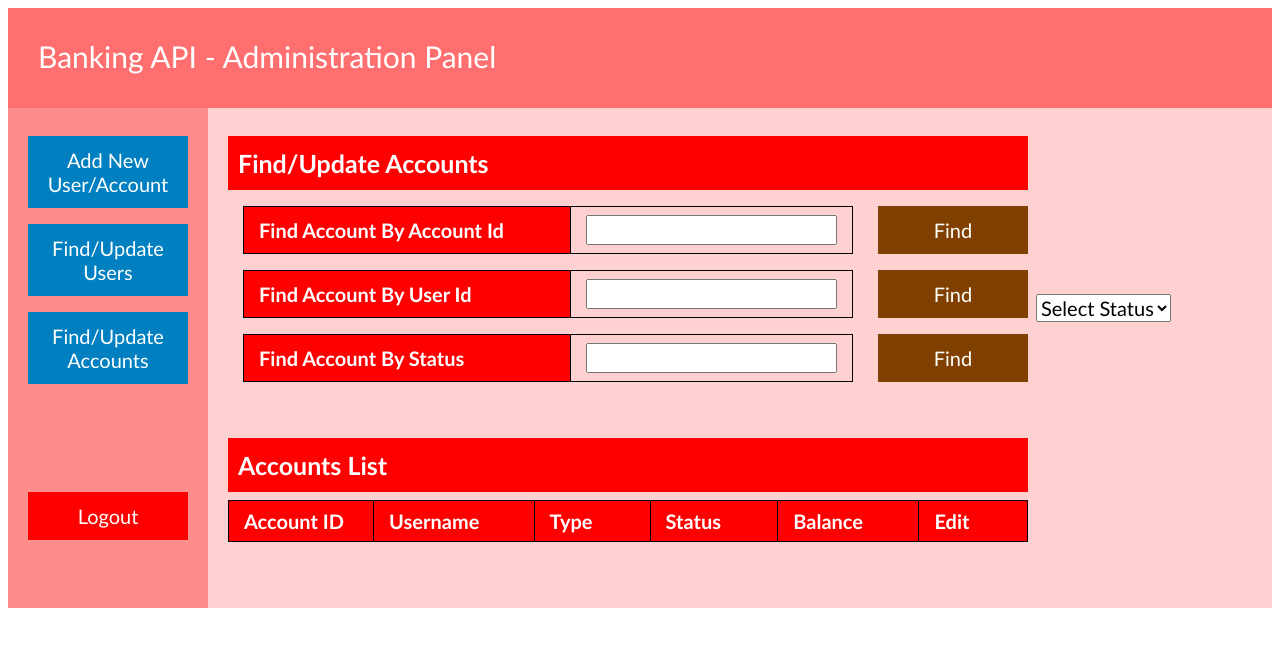
Repository: kennyufish/Revature_ROCP1_Project_Banking_API
Page: http://localhost/banking_api/findUpdateAccounts
These files come from the project's save history. The page is drawn as it stood at one moment and after the next save; the edit follows.
The browser window is 1280 px wide. The pictures show the whole page.
The page is served by Tomcat 9. Other server files are loaded and not shown. Queries for data that is not in the repository find no rows.

Above is the page before, as saved 2020-10-14 16:12:29.

### banking_api/src/main/webapp/adminInfo.html
<!DOCTYPE html>
<html>
<head>
<meta charset="ISO-8859-1">
<meta name="viewport" content="width=device-wirdth, initial-scale=1">
<link rel="stylesheet" type="text/css" href="bankapi.css"/>
<style>
* {
	font-size: 20px;
}
header{
	background-color: #ff3333;
}
.subHeading1, th {
	background-color: #ff0000;
}
nav{
	background-color: #ff8c8c;
}
article{
	background-color: #ffd0d0;
}
button {
	background-color: #0080c0;
}
</style>
<title>Admin/Employee Panel</title>
</head>
<body>
	<header>Banking API - Administration Panel</header>
	<section>
		<nav >
			<form action="addUserAccount" method="post">
				<button type="submit">Add New User/Account</button>
			</form>
			<form action="findUpdateUsers" method="get">
				<button type="submit">Find/Update Users</button>
			</form>
			<form action="findUpdateAccounts" method="get">
				<button type="submit">Find/Update Accounts</button>
			</form>
			<form action="logout" method="post">
				<button class="logoutButton" style="margin-top:100px;" type="submit">Logout</button>
			</form>
		</nav>
	</section>

</body>
</html>

### banking_api/src/main/java/com/app/banking/controller/FindUpdateAccountsController.java
package com.app.banking.controller;

import java.io.IOException;
import java.io.PrintWriter;
import java.text.NumberFormat;
import java.util.List;
import java.util.Locale;

import javax.servlet.RequestDispatcher;
import javax.servlet.ServletException;
import javax.servlet.http.HttpServlet;
import javax.servlet.http.HttpServletRequest;
import javax.servlet.http.HttpServletResponse;

import com.app.banking.exception.BusinessException;
import com.app.banking.model.Account;
import com.app.banking.service.AccountInforService;
import com.app.banking.service.AccountInforServiceImpl;

/**
 * Servlet implementation class FindUpdateAccountsController
 */
public class FindUpdateAccountsController extends HttpServlet {
	private static final long serialVersionUID = 1L;

    /**
     * @see HttpServlet#HttpServlet()
     */
    public FindUpdateAccountsController() {
        super();
        // TODO Auto-generated constructor stub
    }

	/**
	 * @see HttpServlet#doGet(HttpServletRequest request, HttpServletResponse response)
	 */
	protected void doGet(HttpServletRequest request, HttpServletResponse response) throws ServletException, IOException {

		//need a session security, add once all functions are done session=null->no access
		response.setContentType("text/html");
		RequestDispatcher requestDispatcher = null;
		PrintWriter out = response.getWriter();

		requestDispatcher = request.getRequestDispatcher("adminInfo.html");
		requestDispatcher.include(request, response);

		try {
			AccountInforService accountService = new AccountInforServiceImpl();
			List<Account> accountList = accountService.getAllAccounts();

			out.print("<article>");

			//find account by id block
			out.print("<div><h1 class='subHeading1'>Find/Update Accounts</h1>");
			out.print("<form action='findAccountById' method='get'>");
			out.print("<table class='findBar'><tr><th>Find Account By Account Id</th>");
			out.print("<td><input style='width:100%' type='number' min='0' step='1' name='accountId' required /></td></tr></table>");
			out.print("<button class='smallButton findButton' type='submit' name='findAccountById'>Find</button></div>");
			out.print("</form>");
			out.print("<br><br>");
			//find account by id block
			out.print("<form action='findAccountByUserId' method='get'>");
			out.print("<table class='findBar'><tr><th>Find Account By User Id</th>");
			out.print("<td><input style='width:100%' type='number' min='0' step='1' name='accountId' required /></td></tr></table>");
			out.print("<button class='smallButton findButton' type='submit' name='findAccountByUserId'>Find</button></div>");
			out.print("</form>");
			out.print("<br><br>");
			//find account by Status block
			out.print("<form action='findAccountByStatus' method='get'>");
			out.print("<table class='findBar'><tr><th>Find Account By Status</th>");
			out.print("<td><input style='width:100%' type='number' min='0' step='1' name='accountId' required /></td></tr></table>");
			out.print("<button class='smallButton findButton' type='submit' name='findAccountByStatus'>Find</button></div>");
			out.print("<td><select name='statusId'>");
			out.print("<option value='' selected disabled hidden>Select Status</option> ");
			out.print("<option value='1'>Pending</option>");
			out.print("<option value='2'>Open</option>");
			out.print("<option value='3'>Closed</option>");
			out.print("<option value='4'>Denied</option>");
			out.print("</select></td></tr>");
			out.print("</form>");
			out.print("<br><br>");
			//
			out.print("<br><br>");
			//show all account list block
			out.print("<div><h1 class='subHeading1' style='margin-top:20px;'>Accounts List</h1></div>");
			out.print("<div class='smallFont'><table><tr><th>Account ID</th><th>Username</th><th>Type</th><th>Status</th><th>Balance</th>");

			//access controller implement later role == admin
			boolean access = true;
			if (access == true) {
				out.print("<th>Edit</th>");
			}
			out.print("</tr>");
			//list users;
			for(int i = 0; i < accountList.size();i++) {
				Account account = accountList.get(i);

				out.print("<tr>");
				out.print("<td>"+account.getAccountId()+"</td>");
				out.print("<td>"+account.getUsername()+"</td>");
				out.print("<td>"+account.getType().getType()+"</td>");
				out.print("<td>"+account.getStatus().getStatus()+"</td>");

				//CONVERT balance TO currency
				NumberFormat n = NumberFormat.getCurrencyInstance(Locale.US);
				String convertedBalance = n.format(account.getBalance());
				out.print("<td>" + convertedBalance + "</td></td>");

				//access controller implement later
				if (access == true) {
					out.print("<form action='viewAccontInfo' method='post'>");
					//pass in parameter
					out.print("<input type='hidden' name='accountId' value='"+account.getAccountId()+"'>");
					out.print("<td><button type='submit'>Edit</button></td></form>");
				}
				out.print("</tr>");

			}
			out.print("</table><div></article>");
		}catch (BusinessException e) {
			requestDispatcher = request.getRequestDispatcher("adminInfo.html");
			requestDispatcher.include(request, response);
			out.print("<center><span style='color:red;'>" + e.getMessage() + "</span></center>");
		}catch (NullPointerException e) {
			//requestDispatcher = request.getRequestDispatcher("adminInfo.html");
			response.setStatus(HttpServletResponse.SC_UNAUTHORIZED);
			out.print("<div><h1 class='topNoticeWarning'>*The requested action is not permitted*<h1></div>");
			//requestDispatcher.include(request, response);
		}
	}

	/**
	 * @see HttpServlet#doPost(HttpServletRequest request, HttpServletResponse response)
	 */
	protected void doPost(HttpServletRequest request, HttpServletResponse response) throws ServletException, IOException {
		// TODO Auto-generated method stub
		doGet(request, response);
	}

}

### banking_api/src/main/java/com/app/banking/service/AccountInforServiceImpl.java
package com.app.banking.service;

import java.util.ArrayList;
import java.util.List;

import com.app.banking.dao.AccountDAO;
import com.app.banking.dao.AccountDAOImpl;
import com.app.banking.exception.BusinessException;
import com.app.banking.model.Account;

public class AccountInforServiceImpl implements AccountInforService {

	private AccountDAO accountDao = new AccountDAOImpl();

	@Override
	public Account getAccountById(int accountId) throws BusinessException {
		Account account = new Account();
		account = (Account) accountDao.getAccountById(accountId);
		return account;
	}

	@Override
	public boolean validateAccountById(int accountId) throws BusinessException {
		return accountDao.validateAccountById(accountId);
	}

	@Override
	public List<Account> getAllAccounts() throws BusinessException {
		List<Account> accountList = new ArrayList<Account>();
		accountList = accountDao.getAllAccounts();
		return accountList;
	}

	@Override
	public List<Account> getAccountsByUserId(int userId) throws BusinessException {
		List<Account> accountList = new ArrayList<Account>();
		accountList = accountDao.getAccountByUserId(userId);
		return accountList;
	}

	@Override
	public List<Account> getAccountsByStatusId(int statusId) throws BusinessException {
		List<Account> accountList = new ArrayList<Account>();
		accountList = accountDao.getAccountsByStatusId(statusId);
		return accountList;
	}

	@Override
	public boolean editAccountByAdmin(Account account) throws BusinessException {
		return accountDao.editAccountByAdmin(account);
	}

	@Override
	public int addAccount(Account account) throws BusinessException {
		return accountDao.addAccount(account);
	}

	@Override
	public boolean deleteAccountById(int accountId) throws BusinessException {
		return accountDao.deleteAccount(accountId);
	}

	@Override
	public boolean deleteAccountByUsername(String username) throws BusinessException {
		return accountDao.deleteAccountByUsername(username);
	}

}

### banking_api/src/main/java/com/app/banking/dao/AccountDAO.java
package com.app.banking.dao;

import java.util.List;

import com.app.banking.exception.BusinessException;
import com.app.banking.model.Account;

public interface AccountDAO {
	//user can have more than 1 acc
	public List<Account> getAccountByUsername(String username) throws BusinessException;

	public Account getAccountById(int accountId) throws BusinessException;

	public boolean depositAccountById(int accountId, double depositAmount) throws BusinessException;
	public boolean withdrawAccountById(int accountId, double withdrawAmount) throws BusinessException;
	public boolean transferAccountById(int sourceAccountId, int targetAccountId, double transferAmount) throws BusinessException;

	public boolean validateAccountById(int accountId) throws BusinessException;

	public List<Account> getAllAccounts() throws BusinessException;

	public List<Account> getAccountByUserId(int userId) throws BusinessException;

	public List<Account> getAccountsByStatusId(int statusId) throws BusinessException;

	public boolean editAccountByAdmin(Account account) throws BusinessException;

	public int addAccount(Account account) throws BusinessException;

	public boolean deleteAccount(int accountId) throws BusinessException;

	public boolean deleteAccountByUsername(String username) throws BusinessException;

}

### banking_api/src/main/java/com/app/banking/database/utility/MySqlConnection.java
package com.app.banking.database.utility;

import java.sql.Connection;
import java.sql.DriverManager;
import java.sql.SQLException;

public class MySqlConnection {

	private static Connection connection;

	public static Connection getConnection() throws ClassNotFoundException, SQLException {
		Class.forName("com.mysql.cj.jdbc.Driver");
		String url = "jdbc:mysql://localhost:3306/bankapi";
		String username = "root";
		String password = "passwrod1234";
		connection = DriverManager.getConnection(url, username, password);
		return connection;
	}
}
//SingleTon Java Class

### banking_api/src/main/webapp/bankapi.css
* {
	font-family: "Trebuchet MS", Arial, Helvetica, sans-serif;
	box-sizing: border-box;
}

.loginInput {
	width: 100%;
	padding: 10px 15px;
	margin: 8px 0;
	display: inline-block;
	boxing-sizing: border-box;
}

.loginLayout {
	font-size: 20px;
	background-color: powderblue;
	border: 2px solid black;
	padding: 30px;
	width: 35%;
	margin: 20px auto;
}

.topNoticeGreen {
	color: black;
	background-color: green;
	width: 100%;
	padding: 20px;
	text-align: center;
}

.topNoticeWarning {
	color: black;
	background-color: red;
	width: 100%;
	padding: 20px;
	text-align: center;
}

.topNoticeUpdateSuccess {
	color: white;
	background-color: green;
	width: 100%;
	padding: 20px;
	text-align:left;
}

.topNoticeUpdateFail {
	color: black;
	background-color: red;
	width: 100%;
	padding: 20px;
	text-align:left;
}

.userInfoHeader {
	background-color: #007AA6;
}

.userModifyInput {
	width: 100%;
}

.UserLayout {
	font-size: 20px;
	background-color: powderblue;
	border: 2px solid black;
	padding: 20px;
	width: 100%;
	height: 550px;
	margin: 0 auto;
}

.logoutButton {
	background-color: red;
	color: white;
	padding: 12px 15px;
	margin: 8px 0;
	border: none;
	cursor: pointer;
	width: 100%;
	margin-top: 150px;
}

.subHeading1 {
	font-size: 25px;
	background-color: #007AA6;
	color: white;
	padding: 12px 10px;
	margin: 8px 0;
	border: none;
	width: 800px;
	display: block;
}

.smallButton {
	background-color: #804000;
	color: white;
	padding: 12px 10px;
	margin: 8px 0;
	margin-right:8px;
	border: none;
	cursor: pointer;
	width: 150px;
}

.smallButtonFullWidth {
	background-color: #804000;
	color: white;
	padding: 12px 10px;
	margin: 8px 0;
	margin-right:8px;
	border: none;
	cursor: pointer;
	width: 100%;
}

.findBar{
	width: 640px;
	display: inline;
	float: left;
	border-style:hidden;
}

.findButton{
	float:left;
	margin-left:10px;
}

/*Common styling*/
header{
	opacity: 0.7;
	color: white;
	padding: 30px;
	font-size: 30px;
	height: 100px;
	width: 100%;
}
nav{
	float: left;
	width: 200px;
	background-color: #5BBCDF;
	padding: 20px;
	height: 500px;
}
article {
	witdth: 100%;
	height: 500px;
	background-color: powderblue;
	padding: 20px;
	margin-left: 200px;
	overflow: auto;
}

th {
	background-color: #007AA6;
	color: white;
}

tr:hover {
	background-color: #7FA574;
}

table, td, th {
	border-collapse: collapse;
	text-align: left;
	border: 1px solid black;
	padding: 8px 15px;
	width:800px;
}

button {
	background-color: #7FA574;
	color: white;
	padding: 12px 10px;
	margin: 8px 0;
	border: none;
	cursor: pointer;
	width: 100%;
}

button:hover {
	opacity: 0.7
}

Loaded but not shown: banking_api/src/main/java/com/app/banking/dao/AccountDAOImpl.java (384 lines, source omitted)

After the next save:
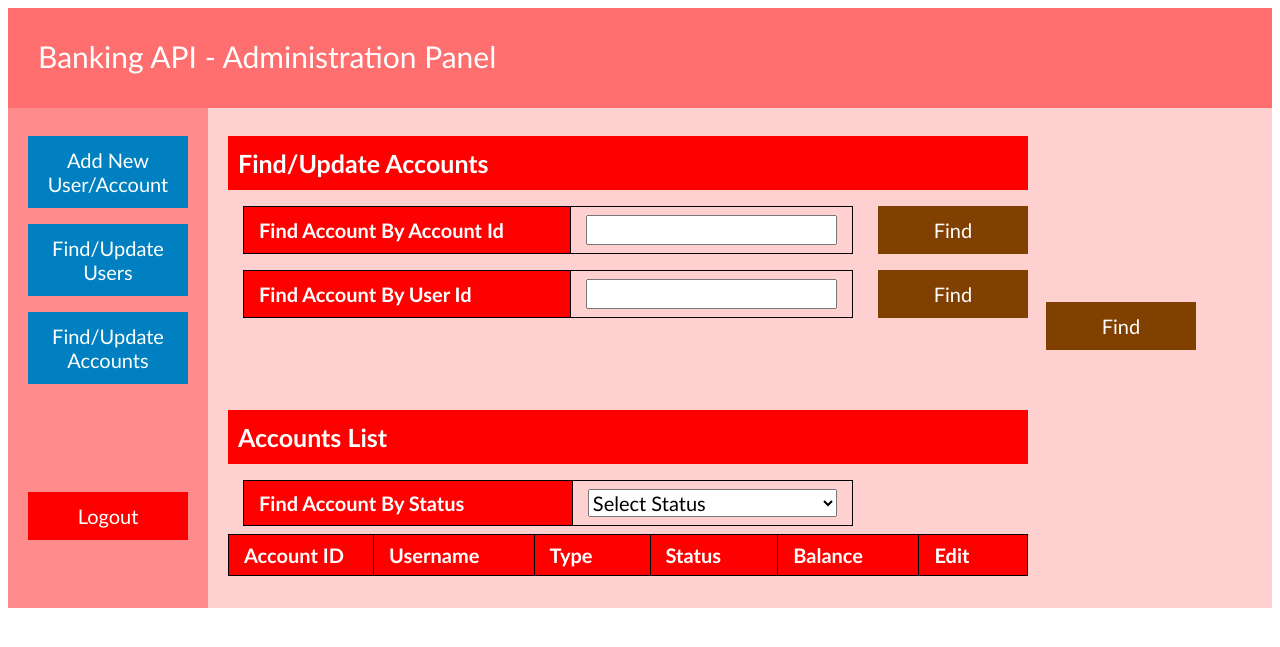
Saved 72 s later.
--- a/banking_api/src/main/java/com/app/banking/controller/FindUpdateAccountsController.java
+++ b/banking_api/src/main/java/com/app/banking/controller/FindUpdateAccountsController.java
@@ -68,15 +68,15 @@ public class FindUpdateAccountsController extends HttpServlet {
 			//find account by Status block
 			out.print("<form action='findAccountByStatus' method='get'>");
 			out.print("<table class='findBar'><tr><th>Find Account By Status</th>");
-			out.print("<td><input style='width:100%' type='number' min='0' step='1' name='accountId' required /></td></tr></table>");
-			out.print("<button class='smallButton findButton' type='submit' name='findAccountByStatus'>Find</button></div>");
-			out.print("<td><select name='statusId'>");
+			out.print("<td><select style='width:100%' name='statusId'>");
 			out.print("<option value='' selected disabled hidden>Select Status</option> ");
 			out.print("<option value='1'>Pending</option>");
 			out.print("<option value='2'>Open</option>");
 			out.print("<option value='3'>Closed</option>");
 			out.print("<option value='4'>Denied</option>");
 			out.print("</select></td></tr>");
+			out.print("<button class='smallButton findButton' type='submit' name='findAccountByStatus'>Find</button></div>");
+
 			out.print("</form>");
 			out.print("<br><br>");
 			//
